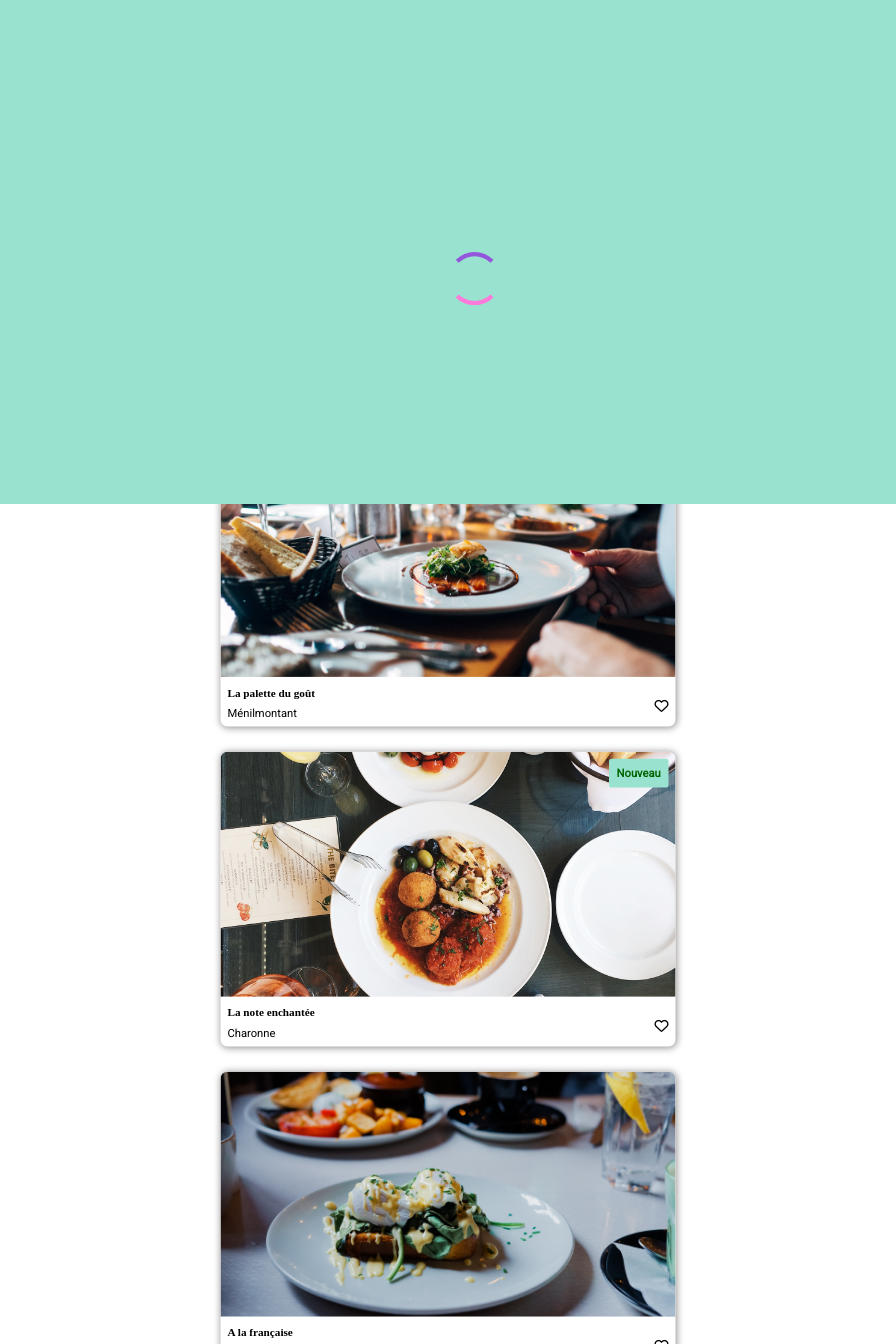
Repository: Micka-17/boimickael_3_16042021
Page: index.html
These files come from the project's save history. The page is drawn as it stood at one moment and after the next save; the edit follows.
The browser window is 1280 px wide. The pictures show the part of the page from y = 0 to 1920 px (the page is 2618 px tall), at 70% of full size.
Some web fonts or font styles are not loaded; a fallback is used. Some web libraries are served in a nearby version. The style sheet was rebuilt from its Sass, Less or Tailwind sources for each picture, by a compiler version that may differ from the author's.

Above is the page before, as saved 2021-05-26 10:42:43.

After the next save:
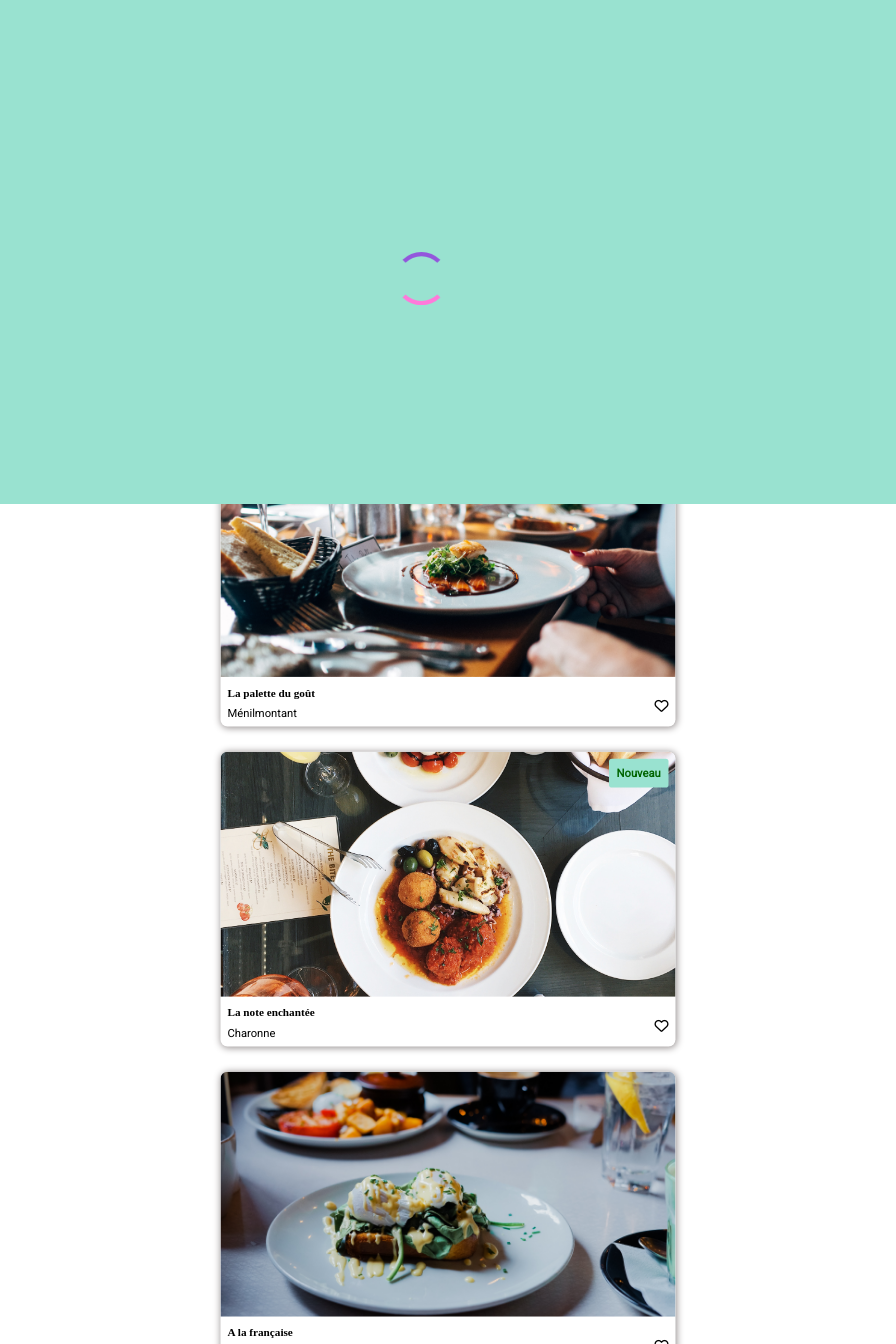
Saved 112 s later.
--- a/sass/style.scss
+++ b/sass/style.scss
@@ -32,8 +32,6 @@ ul {
     height: 70px;
     top: 50%;
     right: 50%;
-    bottom: 50%;
-    left: 50%;
     width: 64px;
     height: 64px;
     border-radius: 50%;
